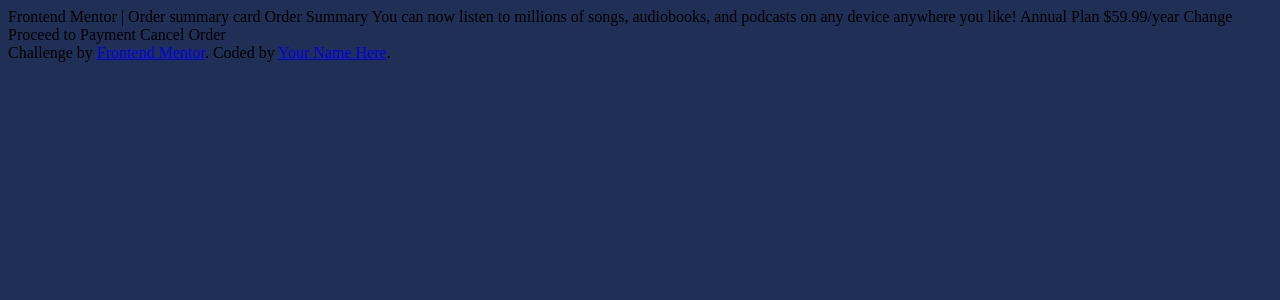
Repository: karanjain71/css-practice
Page: order-summary-component-main/index.html
The author's editor kept a copy of each file at every save. The page is drawn from the files as they stood at one save, then again after the next save.
The browser window is 1280 px wide. The pictures show the whole page.

Above is the page before, as saved 2022-01-29 18:00:57.

### order-summary-component-main/index.html
<!DOCTYPE html>
<html lang="en">
<head>
  <meta charset="UTF-8">
  <meta name="viewport" content="width=device-width, initial-scale=1.0"> <!-- displays site properly based on user's device -->

  <link rel="icon" type="image/png" sizes="32x32" href="./images/favicon-32x32.png">

  <link rel="stylesheet" href="style.css"
  <title>Frontend Mentor | Order summary card</title>


  </style>
</head>
<body>

  Order Summary

  You can now listen to millions of songs, audiobooks, and podcasts on any
  device anywhere you like!

  Annual Plan
  $59.99/year

  Change

  Proceed to Payment
  Cancel Order

  <div class="attribution">
    Challenge by <a href="https://www.frontendmentor.io?ref=challenge" target="_blank">Frontend Mentor</a>.
    Coded by <a href="#">Your Name Here</a>.
  </div>
</body>
</html>

### order-summary-component-main/style.css
body{
    background-color: hsl(223, 47%, 23%)
}

After the next save:
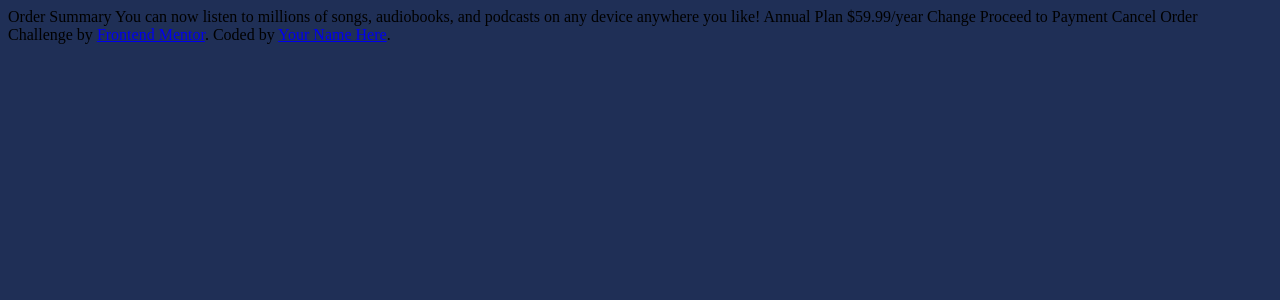
Saved 7 s later.
--- a/order-summary-component-main/index.html
+++ b/order-summary-component-main/index.html
@@ -6,7 +6,7 @@
 
   <link rel="icon" type="image/png" sizes="32x32" href="./images/favicon-32x32.png">
 
-  <link rel="stylesheet" href="style.css"
+  <link rel="stylesheet" href="style.css">
   <title>Frontend Mentor | Order summary card</title>
 
 
